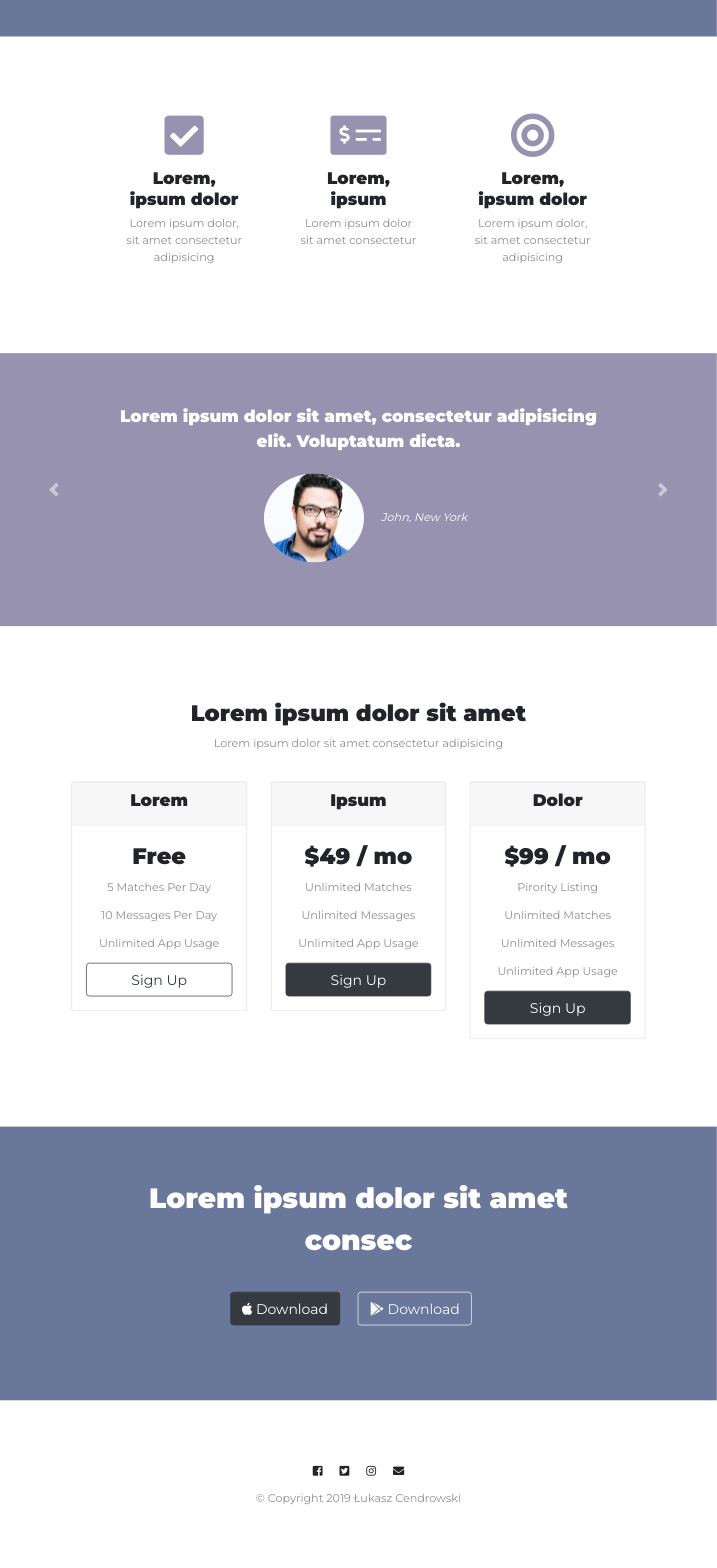
Repository: Isanderr/Simple_landing_page_2-Bootstrap4
Page: index.html
These files come from the project's save history. The page is drawn as it stood at one moment and after the next save; the edit follows.
The browser window is 1024 px wide. The pictures show the part of the page from y = 489 to 2729 px (the page is 2729 px tall before and 2705 px after), at 70% of full size.
Some web libraries are served in a nearby version.

Above is the page before, as saved 2019-02-03 21:57:18.

### index.html
<!DOCTYPE html>
<html>

  <head>
    <meta charset="utf-8">
    <meta name="viewport" content="width=device-width, initial-scale=1, shrink-to-fit=no">
    <title>App-landingpage</title>
    <link rel="stylesheet" href="https://stackpath.bootstrapcdn.com/bootstrap/4.2.1/css/bootstrap.min.css" integrity="sha384-GJzZqFGwb1QTTN6wy59ffF1BuGJpLSa9DkKMp0DgiMDm4iYMj70gZWKYbI706tWS"
      crossorigin="anonymous">
    <link rel="stylesheet" href="https://use.fontawesome.com/releases/v5.7.1/css/all.css" integrity="sha384-fnmOCqbTlWIlj8LyTjo7mOUStjsKC4pOpQbqyi7RrhN7udi9RwhKkMHpvLbHG9Sr"
      crossorigin="anonymous">
    <link href="https://fonts.googleapis.com/css?family=Montserrat:300,400,900|Ubuntu:400,700" rel="stylesheet">
    <link rel="stylesheet" href="css/styles.css">
  </head>

  <body>
    <section id="title">
      <div class="container-fluid">
        <!-- Nav Bar -->
        <nav class="navbar navbar-expand-lg navbar-dark fixed-top ">
          <a class="navbar-brand" href="">Your-app</a>
          <button class="navbar-toggler" type="button" data-toggle="collapse" data-target="#navbarTogglerDemo02">
            <span class="navbar-toggler-icon"></span>
          </button>
          <div class="collapse navbar-collapse" id="navbarTogglerDemo02">
            <ul class="navbar-nav ml-auto">
              <li class="nav-item">
                <a class="nav-link" href="#footer">Contact</a>
              </li>
              <li class="nav-item">
                <a class="nav-link" href="#pricing">Pricing</a>
              </li>
              <li class="nav-item">
                <a class="nav-link" href="#cta">Download</a>
              </li>
              <li class="nav-item">
                <a class="nav-link" href="#title">Back to top</a>
              </li>
            </ul>
          </div>
        </nav>
        <!-- Title -->
        <div class="row">
          <div class="col-lg-6">
            <h1 class="big-heading">Lorem ipsum dolor sit amet conse</h1>
            <button type="button" class="btn btn-dark btn-lg download-btn"><i class="fab fa-apple"></i> Download</button>
            <button type="button" class="btn btn-outline-light btn-lg download-btn"><i class="fab fa-google-play"></i>
              Download</button>
          </div>
          <div class="col-lg-6">
            <img src="images/android-phone.png" alt="andoind-phone" class="title-img">
          </div>
        </div>
      </div>
    </section>
    <!-- Features -->
    <section id="features">
      <div class="row">
        <div class="feature-box col-lg-4">
          <i class="fas fa-check-square fa-4x icon"></i>
          <h3>Lorem, ipsum dolor</h3>
          <p>Lorem ipsum dolor, sit amet consectetur adipisicing</p>
        </div>
        <div class="feature-box col-lg-4">
          <i class="fas fa-money-check-alt fa-4x icon"></i>
          <h3>Lorem, ipsum</h3>
          <p>Lorem ipsum dolor sit amet consectetur</p>
        </div>
        <div class="feature-box col-lg-4">
          <i class="fas fa-bullseye fa-4x icon"></i>
          <h3>Lorem, ipsum dolor</h3>
          <p>Lorem ipsum dolor, sit amet consectetur adipisicing</p>
        </div>
      </div>
    </section>
    <!-- Testimonials -->
    <section id="testimonials">
      <div id="testimonial-carousel" class="carousel slide" data-ride="false">
        <div class="carousel-inner">
          <div class="carousel-item active">
            <h2 class="testimonial-text">Lorem ipsum dolor sit amet, consectetur adipisicing elit. Voluptatum dicta.</h2>
            <img class="testimonial-img" src="images/men.jpg" alt="men-profile">
            <em>John, New York</em>
          </div>
          <div class="carousel-item">
            <h2 class="testimonial-text">Lorem ipsum dolor sit amet consectetur adipisicing elit. Nostrum, excepturi.</h2>
            <img class="testimonial-img" src="images/woman.jpg" alt="lady-profile">
            <em>Beverly, Illinois</em>
          </div>
        </div>
        <a class="carousel-control-prev" href="#testimonial-carousel" role="button" data-slide="prev">
          <span class="carousel-control-prev-icon"></span>
        </a>
        <a class="carousel-control-next" href="#testimonial-carousel" role="button" data-slide="next">
          <span class="carousel-control-next-icon"></span>
        </a>
      </div>
    </section>
    <!-- Press -->
    <!-- <section id="press">
      <img class="press-logo" src="images/techcrunch.png" alt="tc-logo">
      <img class="press-logo" src="images/tnw.png" alt="tnw-logo">
      <img class="press-logo" src="images/mashable.png" alt="mashable-logo">
      <img class="press-logo" src="images/bizinsider.png" alt="biz-insider-logo">
    </section> -->
    <!-- Pricing -->
    <section id="pricing">
      <h2>Lorem ipsum dolor sit amet</h2>
      <p>Lorem ipsum dolor sit amet consectetur adipisicing</p>
      <div class="row">
        <div class="pricing-column col-lg-4 col-md-6">
          <div class="card">
            <div class="card-header">
              <h3>Lorem</h3>
            </div>
            <div class="card-body">
              <h2>Free</h2>
              <p>5 Matches Per Day</p>
              <p>10 Messages Per Day</p>
              <p>Unlimited App Usage</p>
              <button class="btn btn-lg btn-block btn-outline-dark" type="button">Sign Up</button>
            </div>
          </div>
        </div>
        <div class="pricing-column col-lg-4 col-md-6">
          <div class="card">
            <div class="card-header">
              <h3>Ipsum</h3>
            </div>
            <div class="card-body">
              <h2>$49 / mo</h2>
              <p>Unlimited Matches</p>
              <p>Unlimited Messages</p>
              <p>Unlimited App Usage</p>
              <button class="btn btn-lg btn-block btn-dark" type="button">Sign Up</button>
            </div>
          </div>
        </div>
        <div class="pricing-column col-lg-4 col-md-12">
          <div class="card">
            <div class="card-header">
              <h3>Dolor</h3>
            </div>
            <div class="card-body">
              <h2>$99 / mo</h2>
              <p>Pirority Listing</p>
              <p>Unlimited Matches</p>
              <p>Unlimited Messages</p>
              <p>Unlimited App Usage</p>
              <button class="btn btn-lg btn-block btn-dark" type="button">Sign Up</button>
            </div>
          </div>
        </div>
      </div>
    </section>
    <!-- Call to Action -->
    <section id="cta">
      <h3 class="cta-heading">Lorem ipsum dolor sit amet consec</h3>
      <button class="btn btn-lg btn-dark download-btn" type="button"><i class="fab fa-apple"></i> Download</button>
      <button class="btn btn-outline-light btn-lg download-btn" type="button"><i class="fab fa-google-play"></i>
        Download</button>
    </section>
    <!-- Footer -->
    <footer id="footer">
      <i class="social-icon fab fa-facebook-square"></i>
      <i class="social-icon fab fa-twitter-square"></i>
      <i class="social-icon fab fa-instagram"></i>
      <i class="social-icon fas fa-envelope"></i>
      <p>© Copyright 2019 Łukasz Cendrowski</p>
    </footer>
    <script src="https://code.jquery.com/jquery-3.3.1.slim.min.js" integrity="sha384-q8i/X+965DzO0rT7abK41JStQIAqVgRVzpbzo5smXKp4YfRvH+8abtTE1Pi6jizo"
      crossorigin="anonymous"></script>
    <script src="https://cdnjs.cloudflare.com/ajax/libs/popper.js/1.14.6/umd/popper.min.js" integrity="sha384-wHAiFfRlMFy6i5SRaxvfOCifBUQy1xHdJ/yoi7FRNXMRBu5WHdZYu1hA6ZOblgut"
      crossorigin="anonymous"></script>
    <script src="https://stackpath.bootstrapcdn.com/bootstrap/4.2.1/js/bootstrap.min.js" integrity="sha384-B0UglyR+jN6CkvvICOB2joaf5I4l3gm9GU6Hc1og6Ls7i6U/mkkaduKaBhlAXv9k"
      crossorigin="anonymous"></script>
  </body>

</html>

### css/styles.css

/* fonts */
/* font-family: 'Ubuntu', sans-serif;
font-family: 'Montserrat', sans-serif; */

/* colors */
/* #d7eaea
#acdbdf
#9692af
#69779b */

body {
    font-family: 'Montserrat', sans-serif;
}

h1, h2, h3, h4, h5, h6 {
    font-family: 'Montserrat', sans-serif;
    font-weight: 900;
}

h2 {
    font-size: 2rem;
    line-height: 1.5;
}

h3 {
    font-size: 1.5rem;
}

p {
    color: #8f8f8f;
}





/* headings */

.big-heading {
    font-family: 'Montserrat', sans-serif;
    font-weight: 900;
    font-size: 3rem;
    line-height: 1.5;
}

#title {
    padding-top: 86px;
    background-color: #69779b;
    color: #ffffff;
}

.container-fluid{
    padding: 3% 15% 7%;
}
/* Nav */

.navbar {
    background-color:rgba(105, 119, 155, 0.9);
}

.navbar-brand{
    font-family: 'Ubuntu', sans-serif;
    font-size: 2.5rem;
    font-weight: 900;
}

.nav-item {
    padding: 0 18px;
}

.nav-link {
    font-size: 1.2rem;
    font-weight: 300;
}

/* download buttons */

.download-btn {
    margin: 5% 3% 5% 0;
}

/* title img */

.title-img {
    max-width: 75%;
    transform: rotate(15deg);
    position: absolute;
    right: 20%;
}

/* features */

#features {
    padding: 7% 15%;
    background-color: #ffffff;
    position: relative;

}

.feature-box {
    text-align: center;
    padding: 5%;
}
.icon {
    color: #9692af;
    margin-bottom: 1rem;
}

.icon:hover {
    color: #69779b;
}

/* testimonial */

#testimonials {
    text-align: center;
    background-color: #9692af;
    color: #ffffff;
}

.testimonial-img {
    width: 20%;
    border-radius: 100%;
    margin: 20px;
}

.carousel-item {
    padding: 7% 15%;
}

/* #press {
    background-color: #9692af;
    text-align: center;
    padding-bottom: 3%;
}

.press-logo {
    width: 15%;
    margin: 20px 20px 50px;
} */

/* pricing */

#pricing {
    padding: 100px;
    text-align: center;
}

.pricing-column {
padding: 3% 2%;
}

/* cta */

#cta {
    background-color: #69779b;
    color: #ffffff;
    padding: 7% 15%;
    text-align: center;
}

.cta-heading {
    font-family: 'Montserrat', sans-serif;
    font-weight: 900;
    font-size: 2.5rem;
    line-height: 1.5;
}

/* footer */

#footer {
    padding: 7% 15%;
    text-align: center;
}

.social-icon {
    margin: 20px 10px;
}



@media only screen and (max-width: 1086px) {

h1.big-heading{
    font-size: 2rem;
}

h2.testimonial-text{
    font-size: 1.5rem;
}

    #title {
        text-align: center;
    }
    .title-img {
        position: static;
        transform: rotate(0);
    }
}

After the next save:
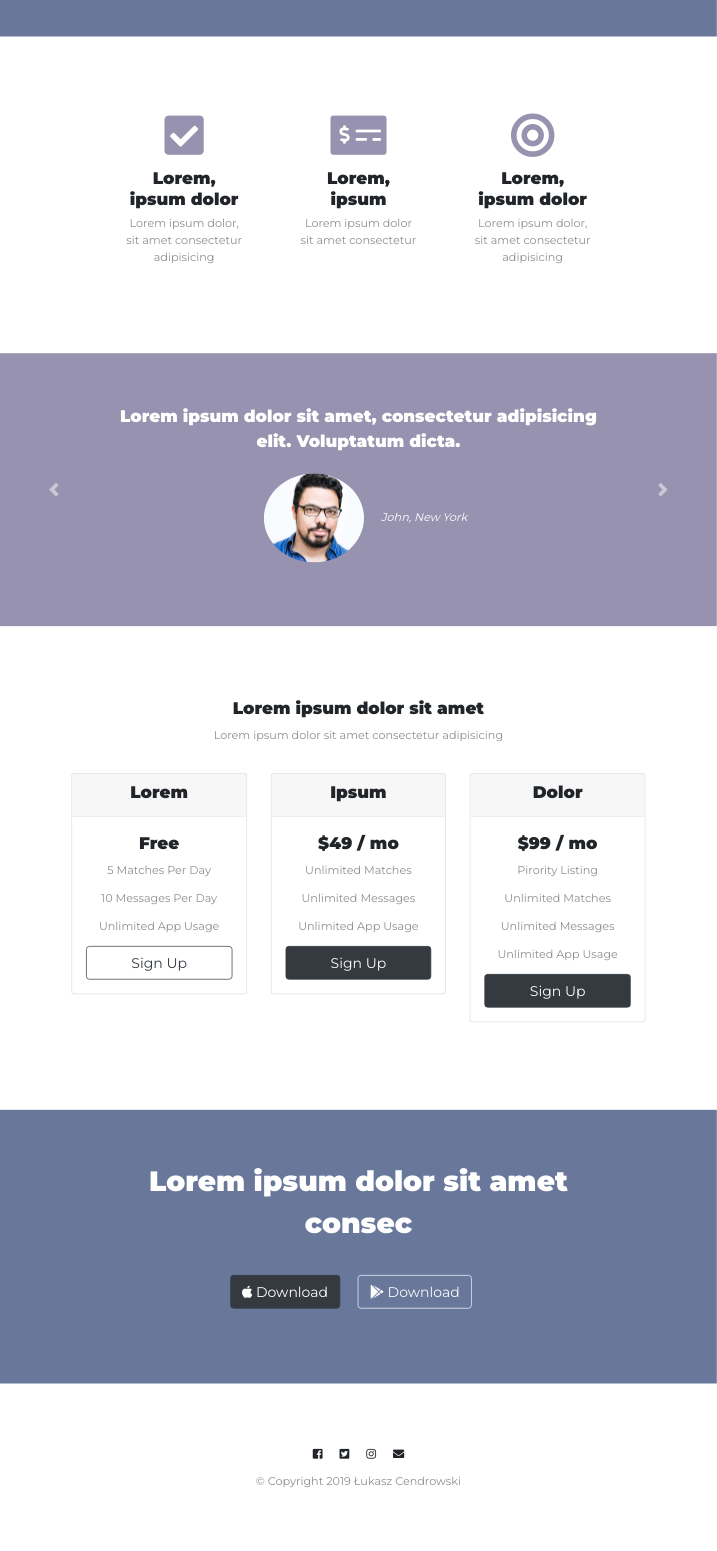
Saved 63 s later.
--- a/css/styles.css
+++ b/css/styles.css
@@ -184,6 +184,10 @@
 
 h1.big-heading{
     font-size: 2rem;
+}
+
+h2 {
+    font-size: 1.5rem;
 }
 
 h2.testimonial-text{
